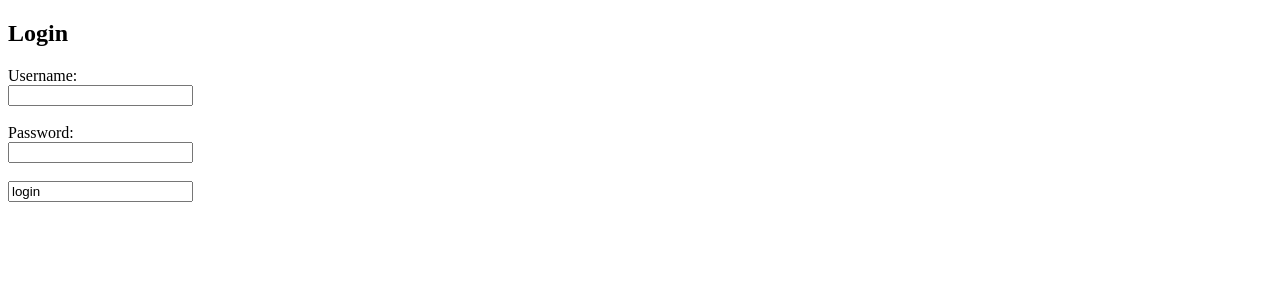
Repository: v-vishwanth/Adv_Java
Page: http://localhost/mvc1/mv
The author's editor kept a copy of each file at every save. The page is drawn from the files as they stood at one save, then again after the next save.
The browser window is 1280 px wide. The pictures show the whole page.
The page is served by Tomcat 9.

Above is the page before, as saved 2026-02-24 11:00:01.

After the next save:
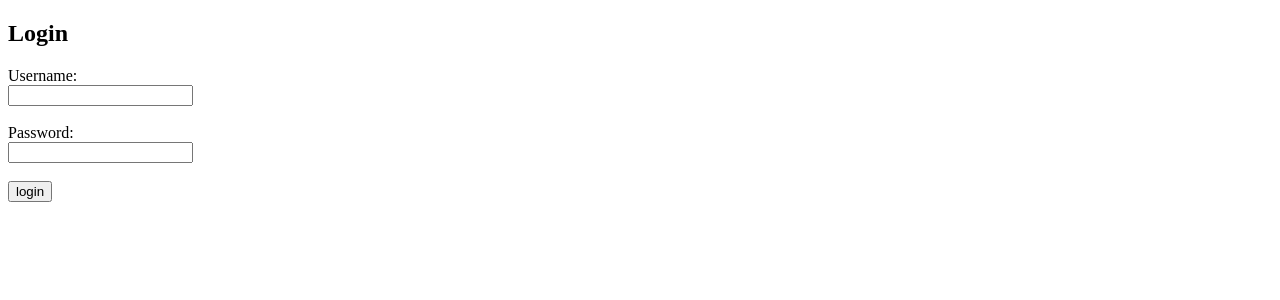
Saved 3 min 53 s later.
--- a/mvc1/src/main/webapp/login.jsp
+++ b/mvc1/src/main/webapp/login.jsp
@@ -18,7 +18,7 @@
         <label>Password:</label><br>
         <input type="password" name="password"><br><br>
 
-        <input type="Login" value="login">
+        <input type="submit" value="login">
     </form>
 </body>
 </html>
